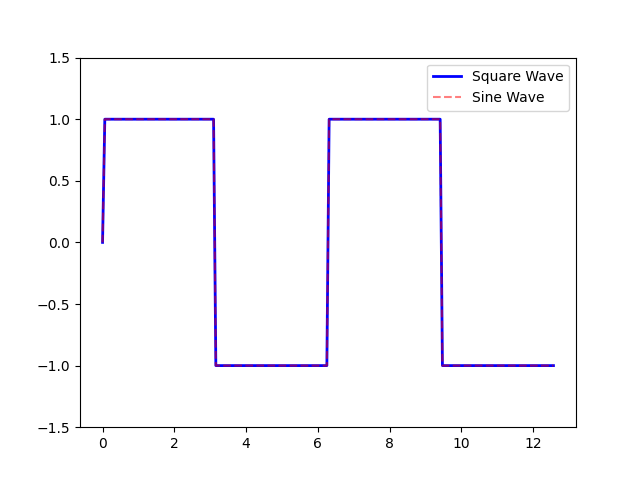
Repository: khulqu15/drone_smc_copppelia
Script's output: python py/realtime.py
An editor plug-in stored every save of this project. The script's output is shown before and after the next save, followed by the edit.
Animations are shown at an early frame. Random numbers start from a fixed seed.

Above is the script's output before, as saved 2024-06-24 00:16:46.

### py/realtime.py
import numpy as np
import matplotlib.pyplot as plt
from matplotlib.animation import FuncAnimation

x_len = 200
y_range = [-1.5, 1.5]

fig, ax = plt.subplots()
xs = np.linspace(0, 4 * np.pi, x_len)
ys = np.sin(xs)
square_ys = np.sign(ys)
ax.set_ylim(y_range)

line, = ax.plot(xs, square_ys, 'b-', linewidth=2, label='Square Wave')
sine_line, = ax.plot(xs, ys, 'r--', alpha=0.5, label='Sine Wave')
ax.legend()

def update(frame):
    ys = np.sin(xs + frame / 10)
    square_ys = np.sign(ys)

    line.set_ydata(square_ys)
    sine_line.set_ydata(square_ys)
    return line,

ani = FuncAnimation(fig, update, frames=np.arange(0, 400, 1), interval=50, blit=True)
plt.show()

After the next save:
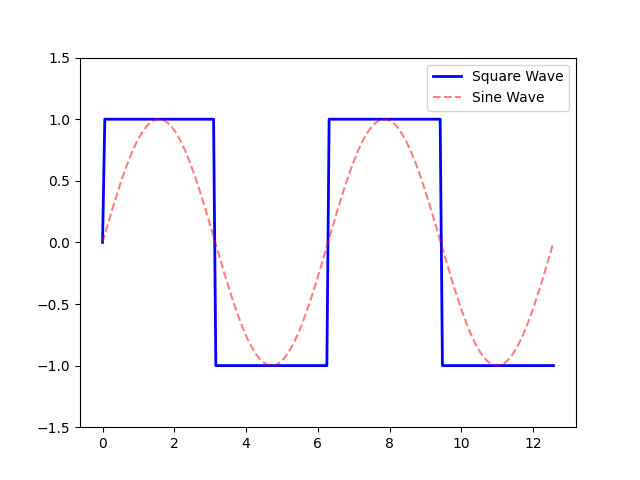
Saved 4 s later.
--- a/py/realtime.py
+++ b/py/realtime.py
@@ -20,7 +20,7 @@ def update(frame):
     square_ys = np.sign(ys)
 
     line.set_ydata(square_ys)
-    sine_line.set_ydata(square_ys)
+    sine_line.set_ydata(ys)
     return line,
 
 ani = FuncAnimation(fig, update, frames=np.arange(0, 400, 1), interval=50, blit=True)
